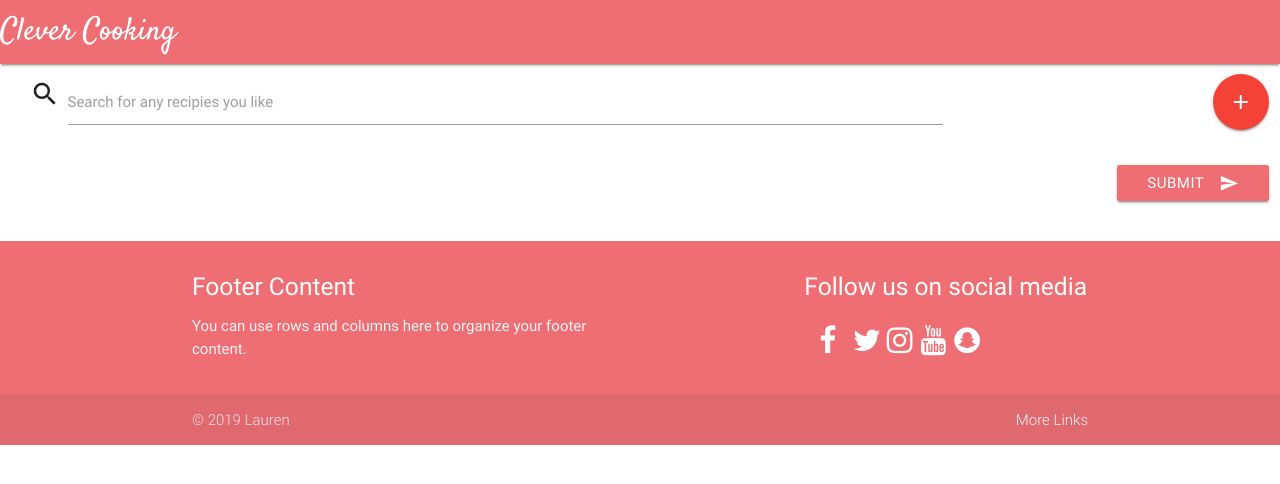
Repository: Code-Institute-Submissions/online-recipe-cookbook
Page: http://localhost/
The author's editor kept a record of every edit. The page is drawn from the files as they stood at one moment, then again after the next edit.
The browser window is 1280 px wide. The pictures show the whole page.
Some web libraries are served in a nearby version. The page is served by the project's application, run on Flask 3 (app.py). Queries for data that is not in the repository find no rows.

Above is the page before.

After the next edit:
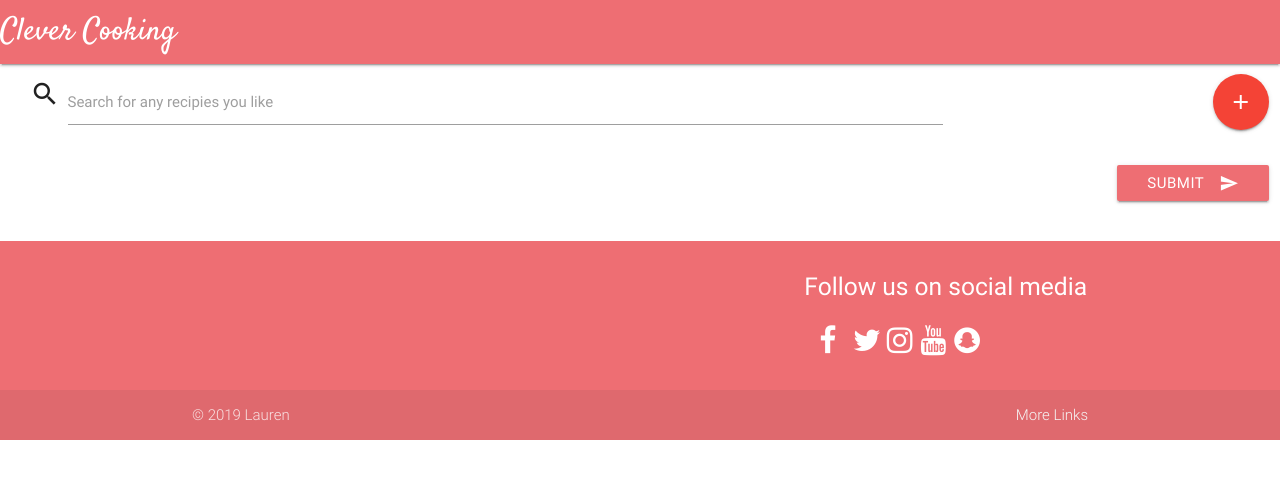
The edit:
--- a/templates/base.html
+++ b/templates/base.html
@@ -52,9 +52,7 @@
           <div class="container">
             <div class="row">
               <div class="col l6 s12">
-                <h5 class="white-text">Footer Content</h5>
-                <p class="grey-text text-lighten-4">You can use rows and columns here to organize your footer content.</p>
-              </div>
+                </div>
               <div class="col l4 offset-l2 s12">
                 <h5 class="white-text">Follow us on social media</h5>
 
